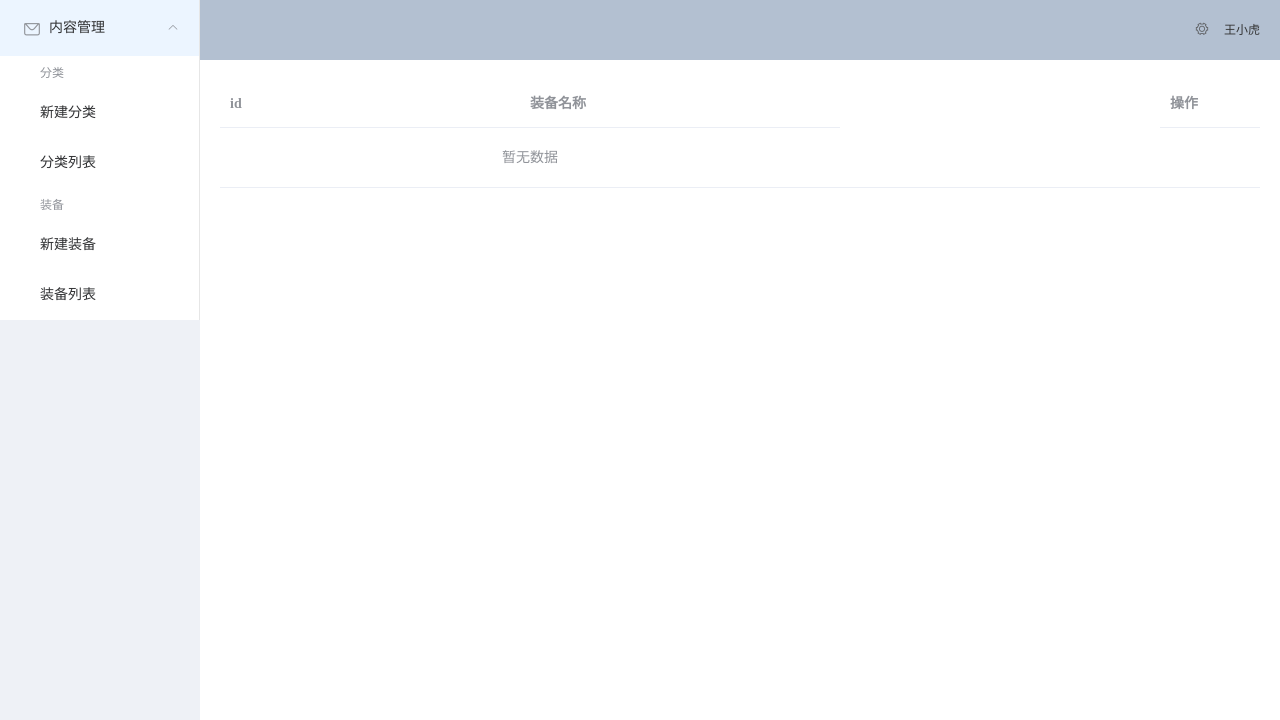
Repository: fish-zmy/wangzherongyao
Page: /#/items/list (app in admin/)
An editor plug-in stored every save of this project. The page is shown before and after the next save, followed by the edit.
The browser window is 1280 px wide. The pictures show the whole page.
The page's requests for data from a server got no answer. The project was rebuilt for these pictures with package versions that can differ from the ones it lists, and the page was loaded fresh each time. No one was signed in, and anything a server would have sent is missing. Also part of the build but not shown: admin/vue.config.js, admin/src/views/CategoryEdit.vue, admin/src/views/CategoryList.vue, admin/src/views/ItemEdit.vue. Imported but missing from the stored project, and not drawn on this page: admin/src/views/Home.vue.

Above is the page before, as saved 2020-06-17 21:42:15.

After the next save:
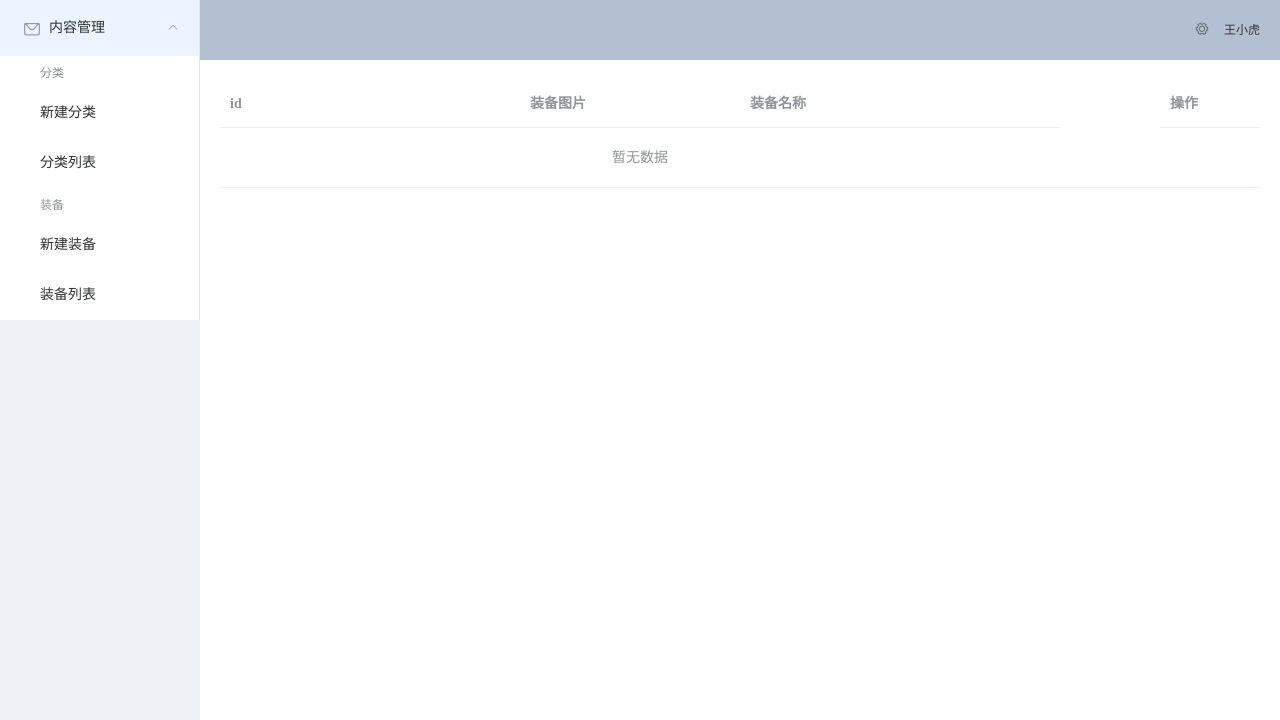
Saved 66 s later.
--- a/admin/src/views/ItemList.vue
+++ b/admin/src/views/ItemList.vue
@@ -2,6 +2,7 @@
   <div class="about">
     <el-table :data="items">
       <el-table-column prop="_id" label="id" width="300"></el-table-column>
+      <el-table-column prop="icon" label="装备图片" width="220"></el-table-column>
       <el-table-column prop="name" label="装备名称" width="220"></el-table-column>
       <el-table-column fixed="right" label="操作" width="100">
         <template v-slot="scope">
